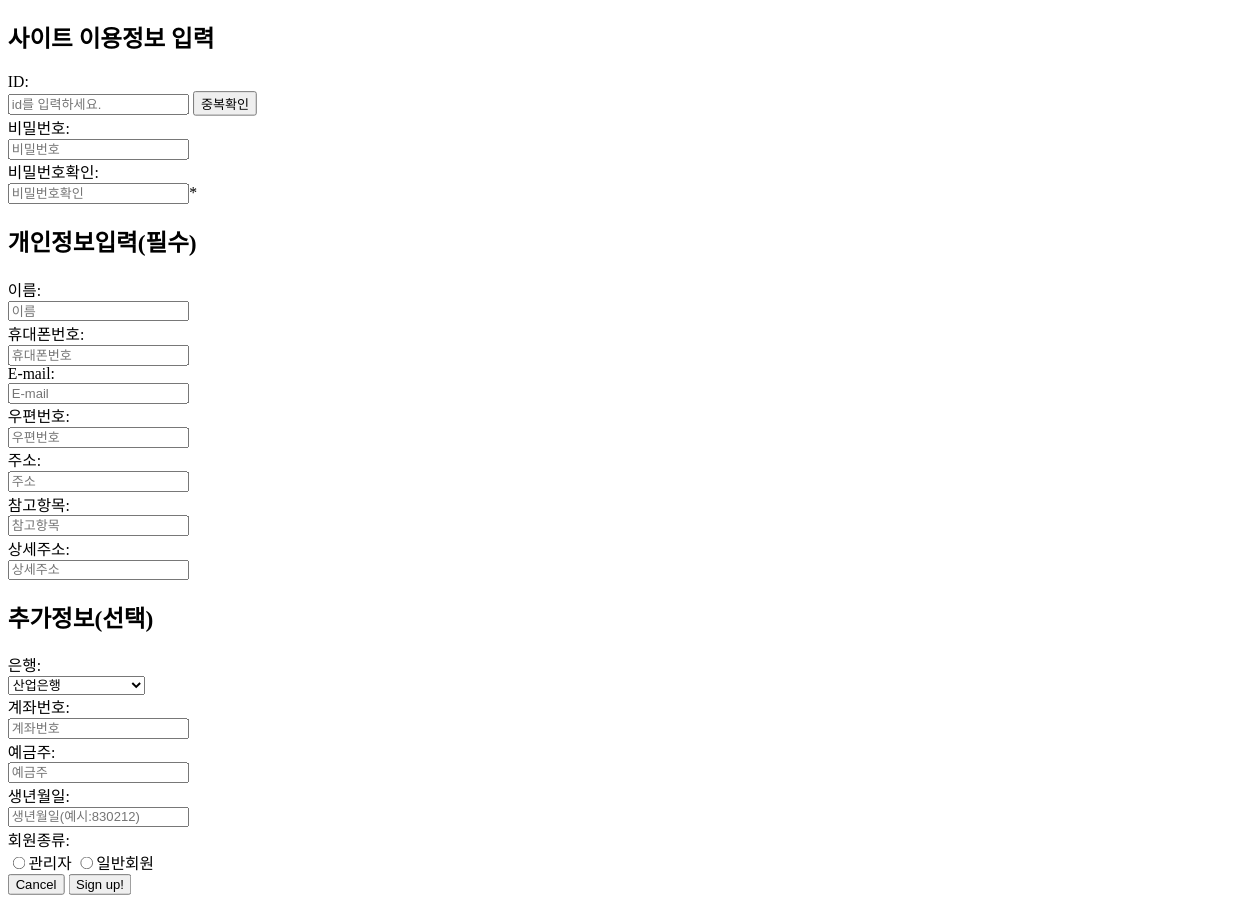
Repository: leeboseok/GalleryIksun
Page: http://localhost/GalleryIkSun/register.jsp
The author's editor kept a copy of each file at every save. The page is drawn from the files as they stood at one save, then again after the next save.
The browser window is 1280 px wide. The pictures show the whole page, at 98% of full size.
The page is served by Tomcat 9. Other server files are loaded and not shown.

Above is the page before, as saved 2024-08-15 10:12:56.

### GalleryIkSun/src/main/webapp/register.jsp
<%@ page language="java" contentType="text/html; charset=UTF-8"
    pageEncoding="UTF-8"%>
<!DOCTYPE html>
<html>
	<head>
		<meta charset="UTF-8">
		<title>Insert title here</title>
	</head>
	<body>
		<div id="wrap">
			<form method="post" action="signUp" name="frm">
	            <h2>사이트 이용정보 입력</h2>
	            <div>
	                <div>ID:</div>
	                <input type="text" name="id" placeholder="id를 입력하세요.">
	                <input type="hidden" name="reId">
	                <input type="button" value="중복확인" onclick="idCheck()">
	            </div>
	            <div>
	                <div>비밀번호:</div>
	                <input type="password" name="pw" placeholder="비밀번호">
	            </div>
	            <div>
	                <div>비밀번호확인:</div>
	                <input type="password" name="pw_confirm" placeholder="비밀번호확인">*
	            </div>
	            <h2>개인정보입력(필수)</h2>
	            <div>
	                <div>이름:</div>
	                <input type="text" name="nm" placeholder="이름">
	            </div>

	            <div>
	                <div>휴대폰번호:</div>
	                <input type="text" name="phone" placeholder="휴대폰번호">
	            </div>

	            <div>
	                <div>E-mail:</div>
	                <input type="email" name="email" placeholder="E-mail">
	            </div>
	            <div>
	                <div>우편번호:</div>
	                <input type="text" name="post" placeholder="우편번호">
	            </div>

	            <div>
	                <div>주소:</div>
	                <input type="text" name="address" placeholder="주소">
	            </div>

	            <div>
	                <div>참고항목:</div>
	                <input type="text" name="postscript" placeholder="참고항목">
	            </div>

	            <div>
	                <div>상세주소:</div>
	                <input type="text" name="address2" placeholder="상세주소">
	            </div>
	            <h2>추가정보(선택)</h2>
	            <div>
	                <div>은행:</div>
	                <select name="bank">
	                    <option value="산업은행">산업은행</option>
	                    <option value="기업은행">기업은행</option>
	                    <option value="수협">수협</option>
	                    <option value="NH농협은행">NH농협은행</option>
	                    <option value="한국수출입은행">한국수출입은행</option>
	                    <option value="국민은행">국민은행</option>
	                    <option value="신한은행">신한은행</option>
	                    <option value="우리은행">우리은행</option>
	                    <option value="SC제일은행">SC제일은행</option>
	                    <option value="한국씨티은행">한국씨티은행</option>
	                    <option value="하나은행">하나은행</option>
	                    <option value="카카오뱅크">카카오뱅크</option>
	                    <option value="토스뱅크">토스뱅크</option>
	                    <option value="Standard Chartered">Standard Chartered</option>
	                </select>
	            </div>
	            <div>
	                <div>계좌번호:</div>
	                <input type="text" name="accountnumber" placeholder="계좌번호">
	            </div>
	            <div>
	                <div>예금주:</div>
	                <input type="text" name="accountholder" placeholder="예금주">
	            </div>
	            <div>
	                <div>생년월일:</div>
	                <input type="text" name="birth" placeholder="생년월일(예시:830212)">
	            </div>
	            <div>
	            	<div>회원종류:</div>
	            	<input type="radio" name="user_type" value="admin">관리자
	            	<input type="radio" name="user_type" value="member">일반회원
	            </div>
	            <input type="submit" name="action" value="Cancel">
	            <input type="submit" name="action" value="Sign up!">
	        </form>
	       </div>
	       <script>
	       		function idCheck(){
	       			if(document.frm.id.value==""){
	       				alert("아이디를 입력하세요.");
	       				document.frm.id.focus();
	       			}
	       			var url="idCheck.do?id="+document.frm.id.value;
	       			var popupX=(window.screen.width/2) - (450/2);
	       			var popupY=(window.screen.height/2) - (200/2);
	       			window.open(url, "_blank_1", "toolbar=no, menubar=no, width=450, height=200, left="+popupX+", top="+popupY);
	       		}
	       </script>
	</body>
</html>

After the next save:
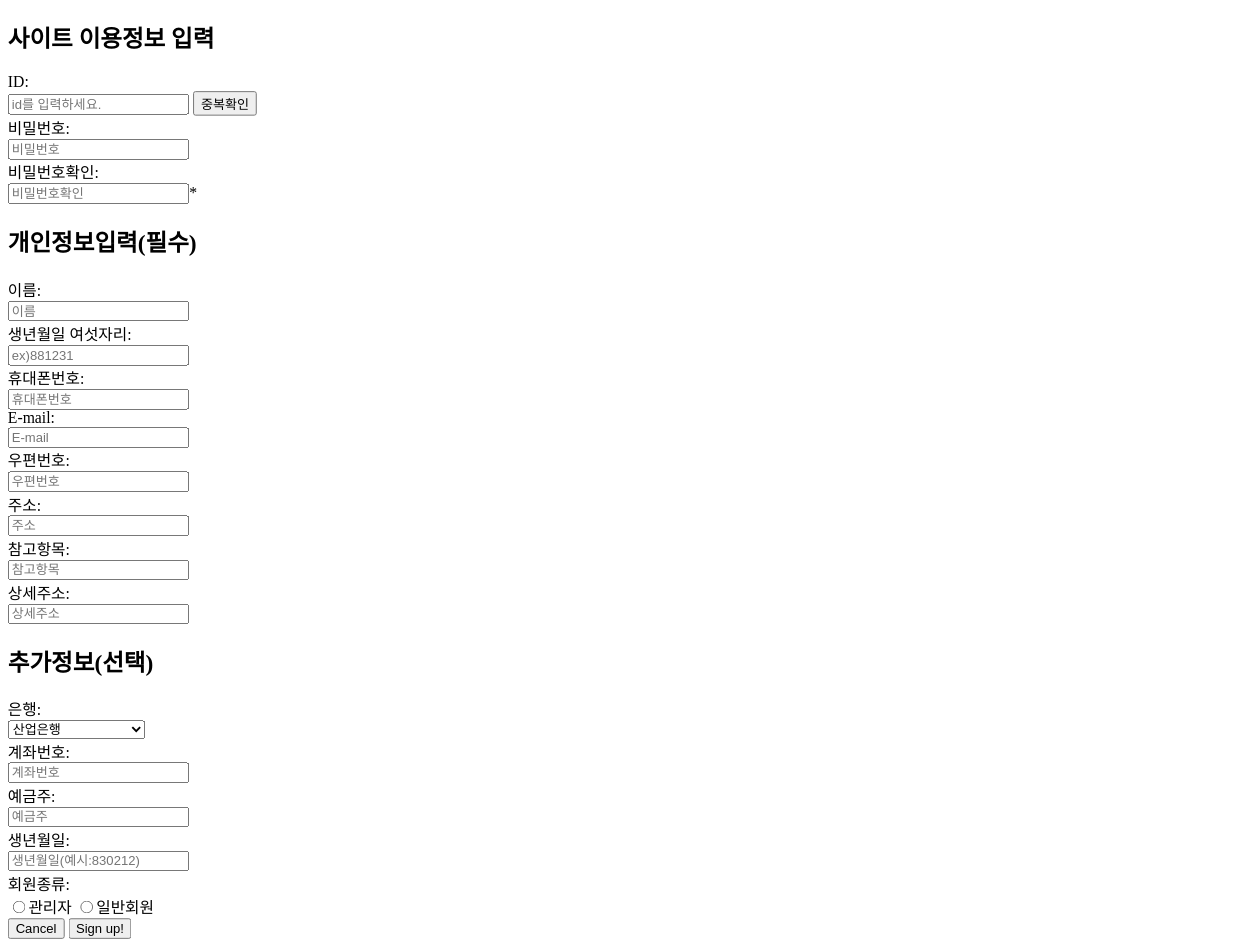
Saved 3 min 2 s later.
--- a/GalleryIkSun/src/main/webapp/register.jsp
+++ b/GalleryIkSun/src/main/webapp/register.jsp
@@ -27,7 +27,12 @@
 	            <h2>개인정보입력(필수)</h2>
 	            <div>
 	                <div>이름:</div>
-	                <input type="text" name="nm" placeholder="이름">
+	                <input type="text" name="name" placeholder="이름">
+	            </div>
+
+	            <div>
+	                <div>생년월일 여섯자리:</div>
+	                <input type="text" name="birth" placeholder="ex)881231">
 	            </div>
 
 	            <div>
@@ -56,7 +61,7 @@
 
 	            <div>
 	                <div>상세주소:</div>
-	                <input type="text" name="address2" placeholder="상세주소">
+	                <input type="text" name="addressDetail" placeholder="상세주소">
 	            </div>
 	            <h2>추가정보(선택)</h2>
 	            <div>
